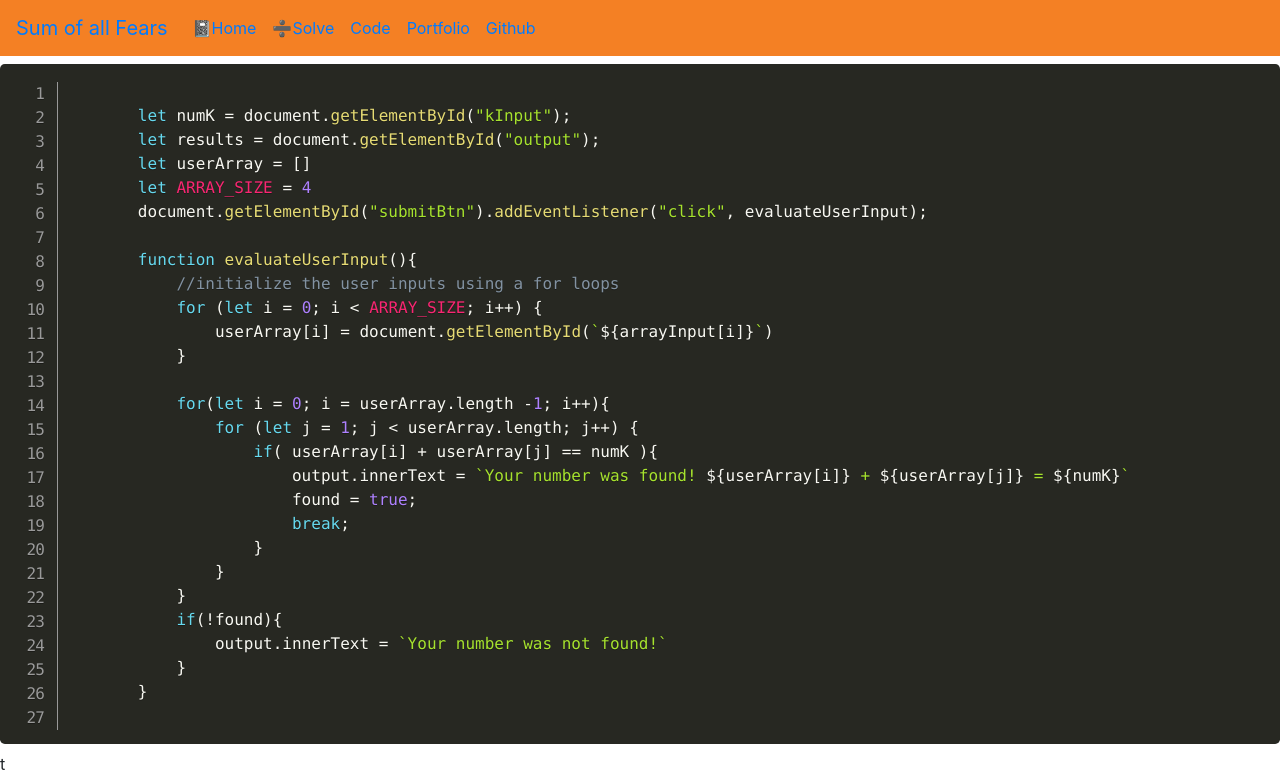
Repository: zhadjah9559/BrainBufferOverflow
Page: code.html
The author's editor kept a copy of each file at every save. The page is drawn from the files as they stood at one save, then again after the next save.
The browser window is 1280 px wide. The pictures show the whole page.

Above is the page before, as saved 2021-01-18 01:02:01.

After the next save:
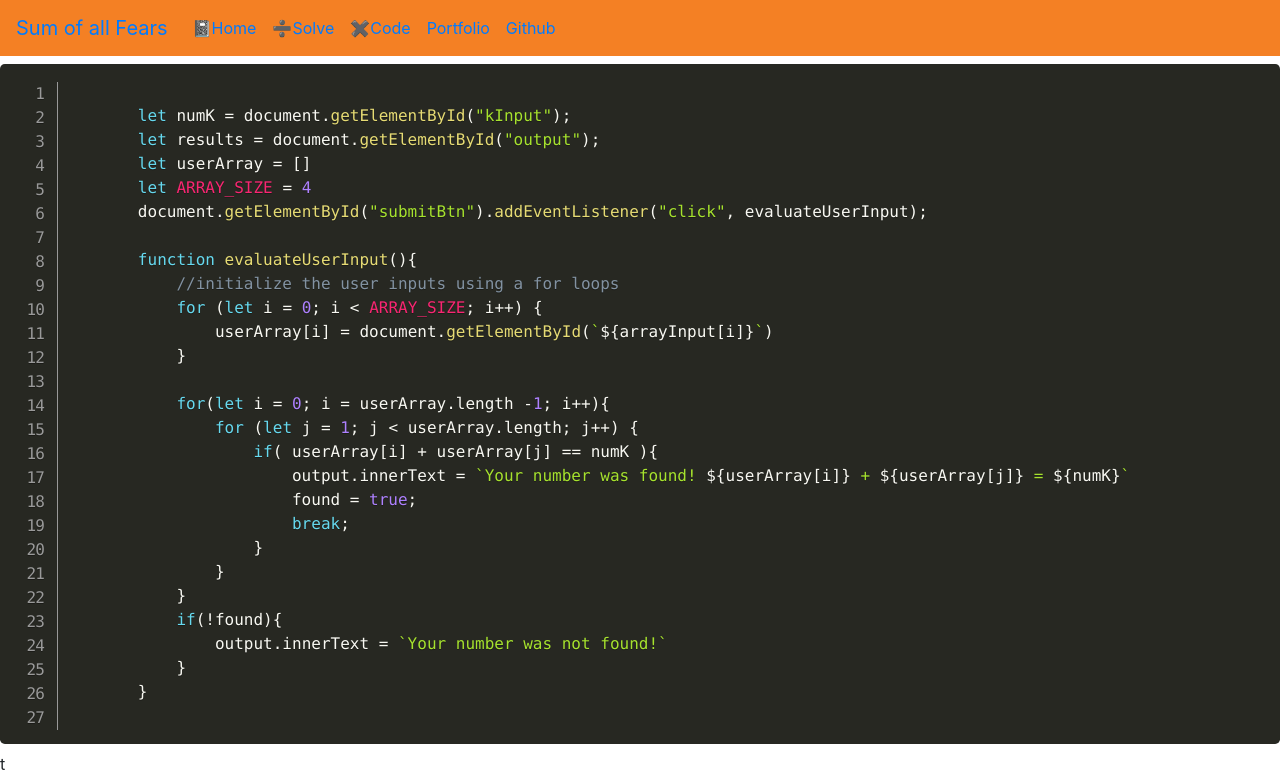
Saved 3 s later.
--- a/code.html
+++ b/code.html
@@ -25,7 +25,7 @@
                     <a class="nav-link" href="solve.html">➗Solve</a>
                 </li>
                  <li class="nav-item active">
-                    <a class="nav-link" href="code.html">Code <span class="sr-only">(current)</span></a>
+                    <a class="nav-link" href="code.html">✖Code <span class="sr-only">(current)</span></a>
 
                 <li class="nav-item">
                     <a target="_blank" class="nav-link" href="https://zacharyhadjah.netlify.app">Portfolio</a>
